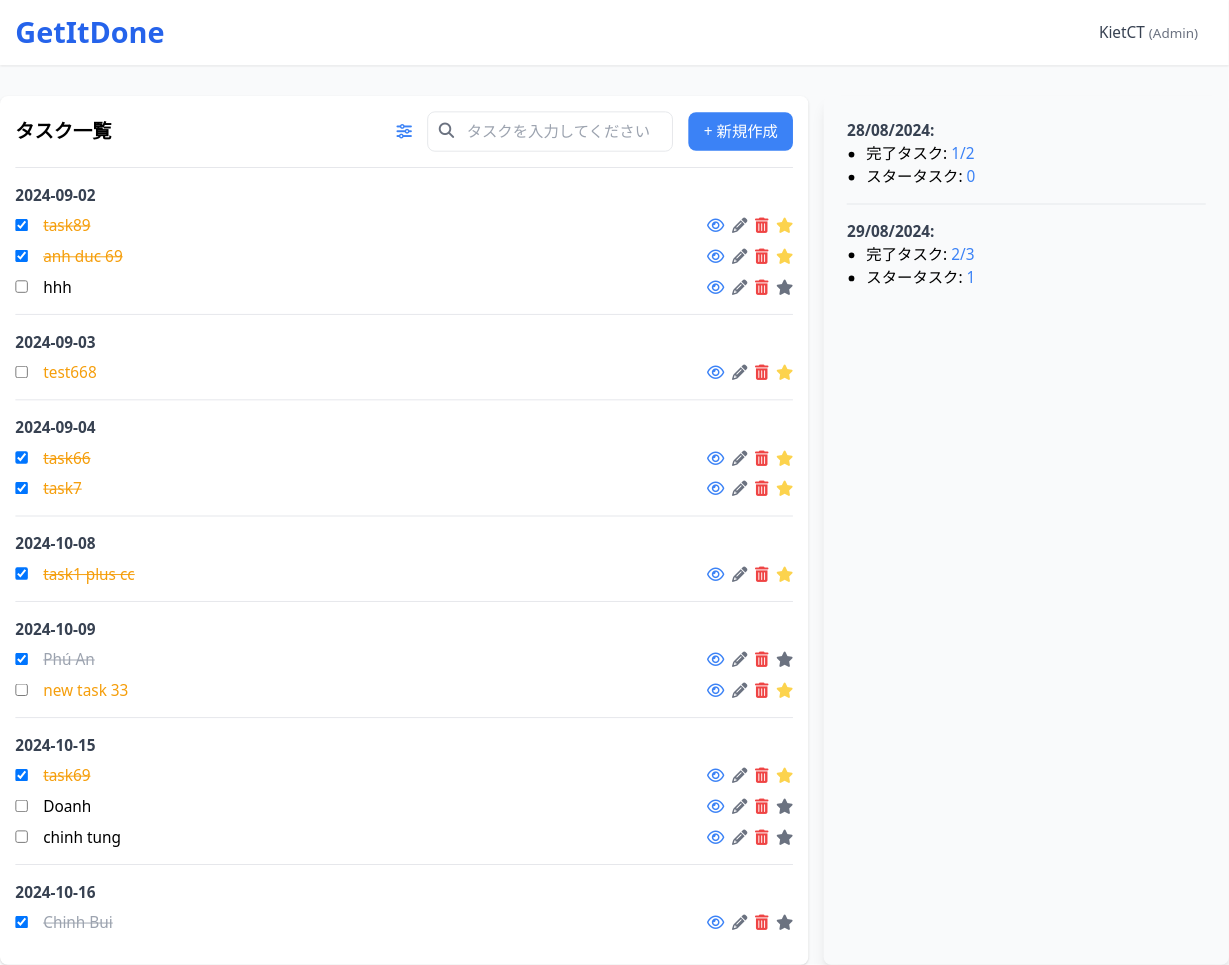
Repository: TuanAnhNguyen723/todolist
Page: http://localhost/mainscreen/mainscreen.php
The author's editor kept a copy of each file at every save. The page is drawn from the files as they stood at one save, then again after the next save.
The browser window is 1280 px wide. The pictures show the whole page, at 96% of full size.
Some web libraries are served in a nearby version. The page is run by PHP 8.4 with error messages shown; the project is at /var/www/html/. The database holds what the project's SQL file puts in it.

Above is the page before, as saved 2024-10-02 14:16:57.

### mainscreen/mainscreen.php
<!DOCTYPE html>
<?php
include '../mainscreen/mainscreenController.php';
?>

<html lang="ja">
  <head>
    <meta charset="UTF-8" />
    <meta name="viewport" content="width=device-width, initial-scale=1.0" />
    <title>GetItDone Task List</title>
    <link
      href="https://cdn.jsdelivr.net/npm/tailwindcss@2.2.19/dist/tailwind.min.css"
      rel="stylesheet"
    />
    <link
      rel="stylesheet"
      href="https://cdnjs.cloudflare.com/ajax/libs/font-awesome/6.6.0/css/all.min.css"
    />

    <link href="./mainscreen.css">
    <script src="./mainscreen.js" defer></script>

  </head>
  <body class="bg-gray-50">
    <!-- Header Section -->
    <header class="bg-white shadow p-4 flex justify-between items-center">
      <div class="flex items-center">
        <h1 class="text-3xl font-bold text-blue-600">GetItDone</h1>
      </div>
      <div class="flex items-center">
        <span class="text-gray-700 mr-4"
          >KietCT <span class="text-sm text-gray-500">(Admin)</span></span
        >
      </div>
    </header>

    <!-- Main Section -->
    <main class="container mx-auto mt-8">
      <div class="flex justify-between">
        <!-- Task List -->
        <div class="w-2/3 bg-white p-4 shadow rounded-lg">
          <div class="flex justify-between items-center mb-4">
            <!-- Task List Title -->
            <h2 class="text-xl font-bold">タスク一覧</h2>

            <div class="flex items-center space-x-4">
              <!-- Filter Icon -->
              <button class="text-blue-500 hover:text-gray-700">
                <i class="fas fa-sliders-h"></i>
              </button>

              <!-- Search Input with Icon -->
              <div class="relative">
                <input
                  type="text"
                  class="border rounded-lg pl-10 pr-3 py-2 w-64"
                  placeholder="タスクを入力してください"
                />
                <!-- Search Icon -->
                <i
                  class="fas fa-search absolute left-3 top-3 text-gray-500"
                ></i>
              </div>

              <!-- New Task Button -->
              <button
                class="newtask bg-blue-500 text-white px-4 py-2 rounded-lg"
              >
                + 新規作成
              </button>
            </div>
          </div>

          <!-- Task Groups by Date -->
          <div class="task-container">
          <?php foreach ($tasks_by_date as $date => $tasks): ?>
            <div class="mb-4 border-t pt-4">
                <h3 class="font-bold text-gray-700"><?php echo htmlspecialchars($date); ?></h3>

                <?php foreach ($tasks as $task): ?>
                    <div class="task-container2 flex justify-between items-center space-x-4 my-2">
                        <div class="flex items-center space-x-4">
                            <!-- // Kết hợp giữa trạng thái checked và trạng thái star -->
                            <label class="custom-checkbox">
                            <input
                                type="checkbox"
                                class="hidden-checkbox toggle-complete"
                                data-task-id="<?php echo $task['task_id']; ?>"
                                <?php echo $task['checked'] ? 'checked' : ''; ?>
                            />
                            <span class="custom-checkbox-box <?php echo $task['star'] ? 'bg-yellow-500 border-yellow-500' : ''; ?>"></span>
                        </label>

                            <!-- // Kết hợp trạng thái star với việc đánh dấu gạch ngang nếu hoàn thành -->
                            <span class="task-text <?php echo $task['checked'] ? 'line-through text-gray-400' : ''; ?> <?php echo $task['star'] ? 'text-yellow-500' : ''; ?>">
                                <?php echo htmlspecialchars($task['title']); ?>
                            </span>
                        </div>
                        <div class="flex space-x-2">
                            <!-- Nút xem chi tiết -->
                            <button class="text-blue-500 hover:text-blue-700">
                                <i class="fa fa-eye"></i>
                            </button>

                            <!-- Nút sửa -->
                            <button class="text-gray-500 hover:text-gray-700 edit-task-button" data-task-id="<?php echo $task['task_id']; ?>">
                                <i class="fa fa-pencil"></i>
                            </button>

                            <!-- Nút xóa -->
                            <form action="./mainscreenController.php" method="POST" style="display:inline;">
                                <input type="hidden" name="task_id" value="<?php echo $task['task_id']; ?>">
                                <button type="submit" name="delete_task" class="text-red-500 hover:text-red-700">
                                    <i class="fa fa-trash"></i>
                                </button>
                            </form>

                            <!-- // Kết hợp trạng thái star -->
                            <button class="text-gray-500 hover:text-yellow-300 star-icon <?php echo $task['star'] ? 'text-yellow-300' : ''; ?>" data-task-id="<?php echo $task['task_id']; ?>">
                                <i class="fa fa-star"></i>
                            </button>
                        </div>
                    </div>
                <?php endforeach; ?>
            </div>
          <?php endforeach; ?>



          </div>
        </div>

        <!-- Task Completion Summary -->
        <div
          id="task-summary"
          class="w-1/3 bg-grey-900 p-6 rounded-lg shadow-lg ml-4"
        >
          <h3 class="font-bold text-gray-700">28/08/2024:</h3>
          <ul class="list-disc pl-5">
            <li>完了タスク: <span class="text-blue-500">1/2</span></li>
            <li>スタータスク: <span class="text-blue-500">0</span></li>
          </ul>

          <h3 class="font-bold text-gray-700 mt-4 border-t pt-4">
            29/08/2024:
          </h3>
          <ul class="list-disc pl-5">
            <li>完了タスク: <span class="text-blue-500">2/3</span></li>
            <li>スタータスク: <span class="text-blue-500">1</span></li>
          </ul>
        </div>

        <!-- Task Add Modal -->
        <div id="taskAddModal" class="fixed z-50 inset-0 overflow-y-auto hidden">
          <div class="flex items-center justify-center min-h-screen bg-black bg-opacity-50">
            <div class="relative bg-white w-96 p-6 rounded-lg shadow-lg">
              <!-- Close Button -->
              <button id="closeModal" class="absolute top-2 right-2 text-gray-500 hover:text-gray-700">
                <i class="fas fa-times"></i>
              </button>

              <!-- Modal Title -->
              <h2 class="text-2xl font-bold mb-4">タスク追加</h2>

              <!-- Form -->

              <form action="mainscreenController.php" method="POST">
                <!-- Task Title -->
                <input
                  name="title"
                  type="text"
                  placeholder="タイトルが入力してください"
                  class="title w-full border border-gray-300 p-2 rounded-lg mb-4"
                />

                <!-- Date Pickers -->
                <div class="flex justify-between space-x-4 mb-4">
                  <div class="w-1/2 relative">
                    <label for="time_start" class="sr-only">Start Date</label>
                    <input
                      type="date"
                      name="time_start"
                      class="w-full border border-gray-300 p-2 rounded-lg"
                    />
                  </div>
                  <div class="w-1/2 relative">
                    <label for="time_end" class="sr-only">End Date</label>
                    <input
                      type="date"
                      name="time_end"
                      class="w-full border border-gray-300 p-2 rounded-lg"
                    />
                  </div>
                </div>

                <!-- Task Description -->
                <textarea
                  name="description"
                  placeholder="ディスクリプが入力してください"
                  class="w-full border border-gray-300 p-2 rounded-lg mb-4"
                  rows="4"
                ></textarea>

                <!-- Buttons -->
                <div class="flex justify-between">
                  <button
                    type="submit"
                    class="bg-blue-500 text-white px-4 py-2 rounded-lg w-full mr-2"
                  >
                    作成
                  </button>
                  <button
                    type="button"
                    class="border border-blue-500 text-blue-500 px-4 py-2 rounded-lg w-full"
                    id="cancelButton"
                  >
                    キャンセル
                  </button>
                </div>
              </form>

            </div>
          </div>
        </div>

        <!-- Filter Modal -->
        <div
          id="filterModal"
          class="fixed inset-0 bg-black bg-opacity-30 flex justify-center items-center hidden"
        >
          <div class="bg-white p-6 rounded-lg shadow-lg w-80">
            <h2 class="text-xl font-bold mb-4">フィルターオプション</h2>

            <!-- Status Dropdown -->
            <div class="mb-4 relative">
              <label class="block text-gray-700 font-semibold"
                >ステータス</label
              >
              <button
                id="statusButton"
                class="bg-gray-200 border border-gray-300 p-2 w-full text-left rounded-lg flex justify-between items-center"
              >
                <span id="statusText">全ステータス</span>
                <i class="fas fa-chevron-down"></i>
              </button>

              <ul
                id="statusDropdown"
                class="absolute bg-white border border-gray-300 rounded-lg w-full hidden mt-1 z-10"
              >
                <li
                  class="p-2 hover:bg-blue-500 hover:text-white cursor-pointer"
                  data-value="全ステータス"
                >
                  全ステータス
                </li>
                <li
                  class="p-2 hover:bg-blue-500 hover:text-white cursor-pointer"
                  data-value="完了"
                >
                  完了
                </li>
                <li
                  class="p-2 hover:bg-blue-500 hover:text-white cursor-pointer"
                  data-value="未完了"
                >
                  未完了
                </li>
              </ul>
            </div>

            <!-- Date Picker -->
            <div class="flex items-center mb-4">
              <i class="fas fa-calendar mr-2"></i>
              <span>締め切り</span>
            </div>

            <!-- Star Task Checkbox -->
            <div class="flex items-center mb-4">
              <input type="checkbox" id="starTask" class="mr-2" />
              <label for="starTask">スタータスク</label>
            </div>

            <!-- Buttons -->
            <div class="flex justify-between">
              <button
                id="resetButton"
                class="bg-gray-300 text-gray-700 px-4 py-2 rounded-lg"
              >
                リセット
              </button>
              <button
                id="applyButton"
                class="bg-blue-500 text-white px-4 py-2 rounded-lg"
              >
                適用
              </button>
            </div>
          </div>
        </div>


     <!-- Modal chỉnh sửa task -->
      <div id="taskEditModal" class="fixed z-50 inset-0 overflow-y-auto hidden">
        <div class="flex items-center justify-center min-h-screen bg-black bg-opacity-50">
          <div class="relative bg-white w-96 p-6 rounded-lg shadow-lg">
            <!-- Close Button -->
            <button id="closeEditModal" class="absolute top-2 right-2 text-gray-500 hover:text-gray-700">
              <i class="fas fa-times"></i>
            </button>



            <!-- Modal Content -->
            <h2 class="text-2xl font-bold mb-4">タスク編集</h2>
            <!-- Form -->
            <form id="editTaskForm" action="mainscreenController.php" method="POST">
              <!-- Task ID (ẩn) để biết nhiệm vụ nào cần chỉnh sửa -->
              <input type="hidden" name="edit_task_id" value="">

              <!-- Task Title -->
              <input name="edit_title" type="text" placeholder="タイトルを入力してください" class="edit-title w-full border border-gray-300 p-2 rounded-lg mb-4" />

              <!-- Date Pickers -->
              <div class="flex justify-between space-x-4 mb-4">
                <div class="w-1/2 relative">
                  <label for="edit_time_start" class="sr-only">Start Date</label>
                  <input type="date" name="edit_time_start" class="edit-time-start w-full border border-gray-300 p-2 rounded-lg" />
                </div>
                <div class="w-1/2 relative">
                  <label for="edit_time_end" class="sr-only">End Date</label>
                  <input type="date" name="edit_time_end" class="edit-time-end w-full border border-gray-300 p-2 rounded-lg" />
                </div>
              </div>

              <!-- Task Description -->
              <textarea name="edit_description" placeholder="ディスクリプションを入力してください" class="edit-description w-full border border-gray-300 p-2 rounded-lg mb-4" rows="4"></textarea>

              <!-- Buttons -->
              <div class="flex justify-between">
                <button id="saveEditButton" class="bg-blue-500 text-white px-4 py-2 rounded-lg w-full mr-2">
                  保存
                </button>
                <button type="button" class="border border-blue-500 text-blue-500 px-4 py-2 rounded-lg w-full" id="cancelEditButton">
                  キャンセル
                </button>
              </div>
            </form>
          </div>
        </div>
      </div>

      </div>
    </main>

    <!-- Icons FontAwesome -->
    <script src="https://kit.fontawesome.com/a076d05399.js"></script>
  </body>
</html>

### mainscreen/mainscreenController.php
<?php
// Kết nối đến CSDL
include '../config.php';

// Kiểm tra nếu form được gửi đi
if ($_SERVER['REQUEST_METHOD'] == 'POST') {

    if ($conn->connect_error) {
        die("Connection failed: " . $conn->connect_error);
    }

    // Xử lý cập nhật trạng thái 'checked' của task
    if (isset($_POST['task_id']) && isset($_POST['checked'])) {
        $task_id = intval($_POST['task_id']);
        $checked = intval($_POST['checked']);

        $sql = "UPDATE task SET checked = ? WHERE task_id = ?";
        $stmt = $conn->prepare($sql);

        if ($stmt === false) {
            die('Lỗi chuẩn bị SQL: ' . $conn->error);
        }

        $stmt->bind_param("ii", $checked, $task_id);

        if ($stmt->execute()) {
            echo "Trạng thái nhiệm vụ đã được cập nhật thành công.";
        } else {
            echo "Lỗi khi cập nhật trạng thái nhiệm vụ.";
        }

        $stmt->close();
        $conn->close();
        exit();
    }

    // Xử lý yêu cầu thêm task mới
    if (isset($_POST['title']) && isset($_POST['time_start']) && isset($_POST['time_end'])) {
        $title = $_POST['title'];
        $description = $_POST['description'];
        $time_start = $_POST['time_start'];
        $time_end = $_POST['time_end'];

        if (empty($title) || empty($time_start) || empty($time_end)) {
            header("Location: mainscreen.php?error=empty_fields");
            exit;
        }

        $sql = "INSERT INTO task (title, description, time_start, time_end, checked, user_id, grouptask_id)
                VALUES (?, ?, ?, ?, 0, 'some_user_id', 'some_group_id')";
        $stmt = $conn->prepare($sql);

        if ($stmt === false) {
            die('Lỗi chuẩn bị SQL: ' . $conn->error);
        }

        $stmt->bind_param("ssss", $title, $description, $time_start, $time_end);

        if ($stmt->execute()) {
            header("Location: mainscreen.php?success=1");
            exit();
        } else {
            header("Location: mainscreen.php?error=insert_failed");
            exit();
        }

        $stmt->close();
        $conn->close();
    }

    // Xử lý yêu cầu xóa task
    if (isset($_POST['task_id']) && isset($_POST['delete_task'])) {
        $task_id = intval($_POST['task_id']);

        $sql = "DELETE FROM task WHERE task_id = ?";
        $stmt = $conn->prepare($sql);

        if ($stmt === false) {
            die('Lỗi chuẩn bị SQL: ' . $conn->error);
        }

        $stmt->bind_param("i", $task_id);

        if ($stmt->execute()) {
            echo "Nhiệm vụ đã được xóa thành công.";
        } else {
            echo "Lỗi khi xóa nhiệm vụ.";
        }

        $stmt->close();
        $conn->close();
        exit();
    }

    // Xử lý yêu cầu chỉnh sửa (update) task
    if (isset($_POST['edit_task']) && isset($_POST['task_id'])) {
        $task_id = intval($_POST['task_id']);
        $title = $_POST['title'];
        $description = $_POST['description'];
        $time_start = $_POST['time_start'];
        $time_end = $_POST['time_end'];

        // Kiểm tra task_id đã tồn tại và cập nhật dữ liệu
        $sql = "UPDATE task SET title = ?, description = ?, time_start = ?, time_end = ? WHERE task_id = ?";
        $stmt = $conn->prepare($sql);

        if ($stmt === false) {
            die('Lỗi chuẩn bị SQL: ' . $conn->error);
        }

        $stmt->bind_param("ssssi", $title, $description, $time_start, $time_end, $task_id);

        if ($stmt->execute()) {
            echo "Nhiệm vụ đã được cập nhật thành công.";
        } else {
            echo "Lỗi khi cập nhật nhiệm vụ.";
        }

        $stmt->close();
        $conn->close();
        exit();
    }

// Xử lý cập nhật trạng thái 'star' của task
if (isset($_POST['task_id']) && isset($_POST['star'])) {
    $task_id = intval($_POST['task_id']);
    $star = intval($_POST['star']);

    $sql = "UPDATE task SET star = ? WHERE task_id = ?";
    $stmt = $conn->prepare($sql);

    if ($stmt === false) {
        die('Lỗi chuẩn bị SQL: ' . $conn->error);
    }

    $stmt->bind_param("ii", $star, $task_id);

    if ($stmt->execute()) {
        echo "Trạng thái ngôi sao đã được cập nhật thành công.";
    } else {
        echo "Lỗi khi cập nhật trạng thái ngôi sao.";
    }

    $stmt->close();
    $conn->close();
    exit();
}

}

if (isset($_GET['task_id'])) {
    $task_id = intval($_GET['task_id']); // Đảm bảo task_id là số nguyên hợp lệ

    // Chuẩn bị câu truy vấn SQL để lấy thông tin task dựa trên task_id
    $sql = "SELECT * FROM task WHERE task_id = ?";
    $stmt = $conn->prepare($sql);

    if ($stmt === false) {
        die('Lỗi chuẩn bị SQL: ' . $conn->error);
    }

    $stmt->bind_param("i", $task_id);
    $stmt->execute();
    $result = $stmt->get_result();

    if ($result->num_rows > 0) {
        // Trả về duy nhất một task có task_id đã click
        $task = $result->fetch_assoc();
        echo json_encode($task); // Trả về dữ liệu JSON
    } else {
        echo json_encode(['error' => 'Không tìm thấy task.']);
    }

    $stmt->close();
    $conn->close();
    exit();
}


// Truy vấn tất cả các nhiệm vụ từ bảng task và sắp xếp theo time_start
$sql = "SELECT * FROM task ORDER BY time_start ASC";
$result = $conn->query($sql);

$tasks_by_date = [];

if ($result->num_rows > 0) {
    while ($row = $result->fetch_assoc()) {
        $date = date('Y-m-d', strtotime($row['time_start']));
        $tasks_by_date[$date][] = $row;
    }
} else {
    $tasks_by_date = []; // Không có dữ liệu
}

// Đóng kết nối
$conn->close();

### config.php
<?php
define('DB_SERVER', 'localhost');
define('DB_USERNAME', 'root');
define('DB_PASSWORD', '');
define('DB_NAME', 'todolistdb');

$conn = mysqli_connect(DB_SERVER, DB_USERNAME, DB_PASSWORD, DB_NAME);



if($conn === false){
    die("ERROR: Could not connect. " . mysqli_connect_error());
}
?>

### todolistdb.sql (the tables this page reads)
CREATE TABLE `task` (
  `task_id` int(11) NOT NULL,
  `title` varchar(255) NOT NULL,
  `description` varchar(255) NOT NULL,
  `time_start` date NOT NULL,
  `time_end` date NOT NULL,
  `checked` tinyint(1) NOT NULL,
  `user_id` varchar(10) NOT NULL,
  `grouptask_id` varchar(10) NOT NULL,
  `star` tinyint(1) NOT NULL
) ENGINE=InnoDB DEFAULT CHARSET=utf8mb4 COLLATE=utf8mb4_general_ci;

INSERT INTO `task` (`task_id`, `title`, `description`, `time_start`, `time_end`, `checked`, `user_id`, `grouptask_id`, `star`) VALUES
(26, 'task89', 'test89', '2024-09-02', '2024-09-11', 1, 'some_user_', 'some_group', 1),
(28, 'task1 plus  cc', 'test1 plus cc', '2024-10-08', '2024-09-10', 1, 'some_user_', 'some_group', 1),
(30, 'task66', 'test66', '2024-09-04', '2024-09-13', 1, 'some_user_', 'some_group', 1),
(36, 'task69', 'test69\r\n', '2024-10-15', '2024-10-17', 1, 'some_user_', 'some_group', 1),
(38, 'task7', 'test7', '2024-09-04', '2024-10-15', 1, 'some_user_', 'some_group', 1),
(42, 'Doanh', 'đần', '2024-10-15', '2024-10-14', 0, 'some_user_', 'some_group', 0),
(46, 'Phú An', 'An ', '2024-10-09', '2024-10-14', 1, 'some_user_', 'some_group', 0),
(56, 'Chinh Bui', 'tft', '2024-10-16', '2024-10-21', 1, 'some_user_', 'some_group', 0),
(58, '              anh duc 69            ', 'anh duc 69', '2024-09-02', '2024-10-08', 1, 'some_user_', 'some_group', 1),
(59, '                            test668                        ', 'test668', '2024-09-03', '2024-10-08', 0, 'some_user_', 'some_group', 1),
(61, 'chinh tung', 'tung chinh', '2024-10-15', '2024-10-08', 0, 'some_user_', 'some_group', 0),
(62, 'new task 33', 'new test 3 3', '2024-10-09', '2024-10-11', 0, 'some_user_', 'some_group', 1),
(63, 'hhh', 'hhh', '2024-09-02', '2024-10-07', 0, 'some_user_', 'some_group', 0);

ALTER TABLE `task`
  ADD PRIMARY KEY (`task_id`);

ALTER TABLE `task`
  MODIFY `task_id` int(11) NOT NULL AUTO_INCREMENT, AUTO_INCREMENT=64;

Loaded but not shown: mainscreen/mainscreen.js (321 lines, source omitted)

After the next save:
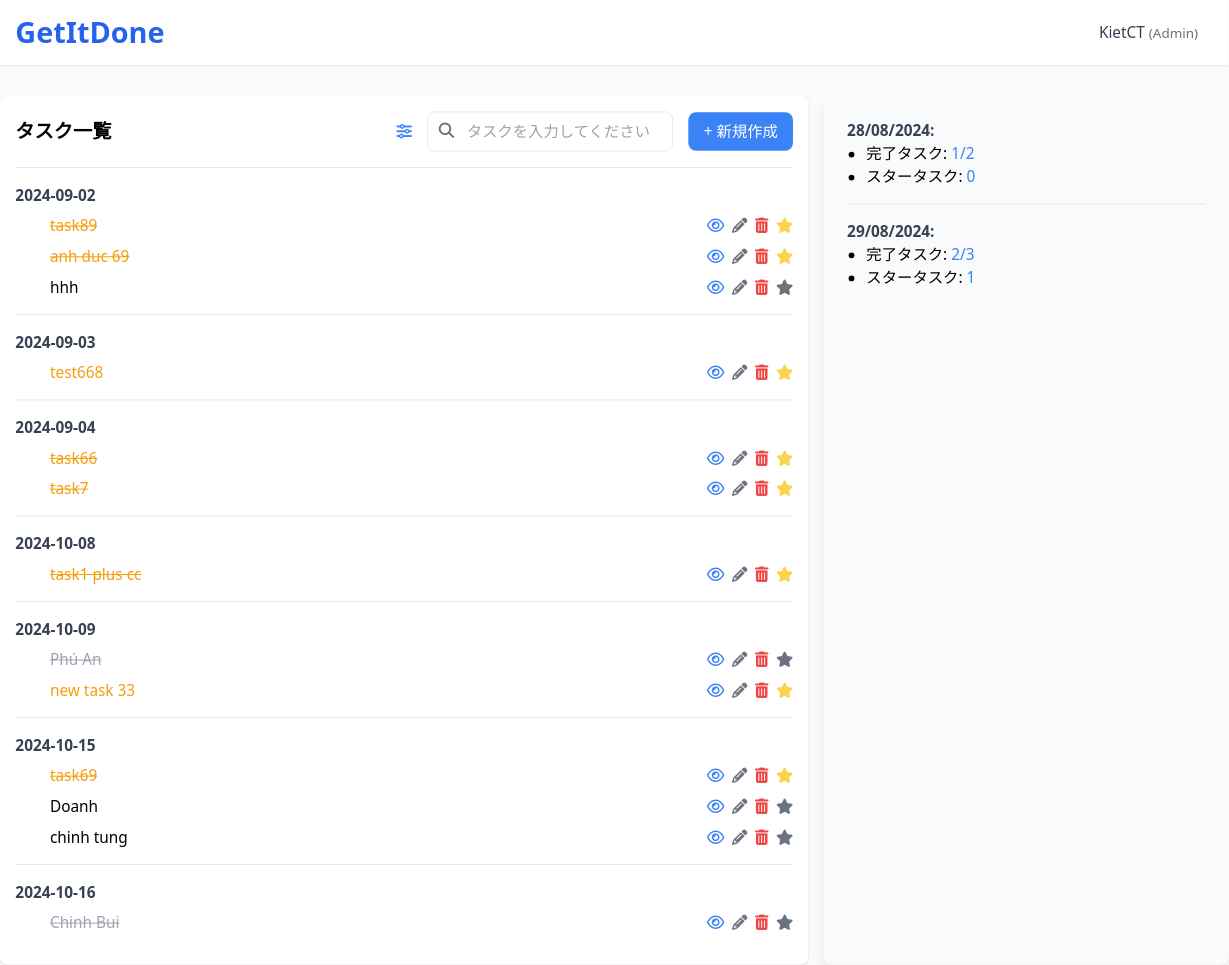
Saved 5 s later.
--- a/mainscreen/mainscreen.php
+++ b/mainscreen/mainscreen.php
@@ -81,16 +81,12 @@ include '../mainscreen/mainscreenController.php';
                     <div class="task-container2 flex justify-between items-center space-x-4 my-2">
                         <div class="flex items-center space-x-4">
                             <!-- // Kết hợp giữa trạng thái checked và trạng thái star -->
-                            <label class="custom-checkbox">
                             <input
                                 type="checkbox"
-                                class="hidden-checkbox toggle-complete"
+                                class="appearance-none form-checkbox h-5 w-5 toggle-complete <?php echo $task['star'] ? 'checked' : ''; ?>"
                                 data-task-id="<?php echo $task['task_id']; ?>"
                                 <?php echo $task['checked'] ? 'checked' : ''; ?>
                             />
-                            <span class="custom-checkbox-box <?php echo $task['star'] ? 'bg-yellow-500 border-yellow-500' : ''; ?>"></span>
-                        </label>
-
                             <!-- // Kết hợp trạng thái star với việc đánh dấu gạch ngang nếu hoàn thành -->
                             <span class="task-text <?php echo $task['checked'] ? 'line-through text-gray-400' : ''; ?> <?php echo $task['star'] ? 'text-yellow-500' : ''; ?>">
                                 <?php echo htmlspecialchars($task['title']); ?>
